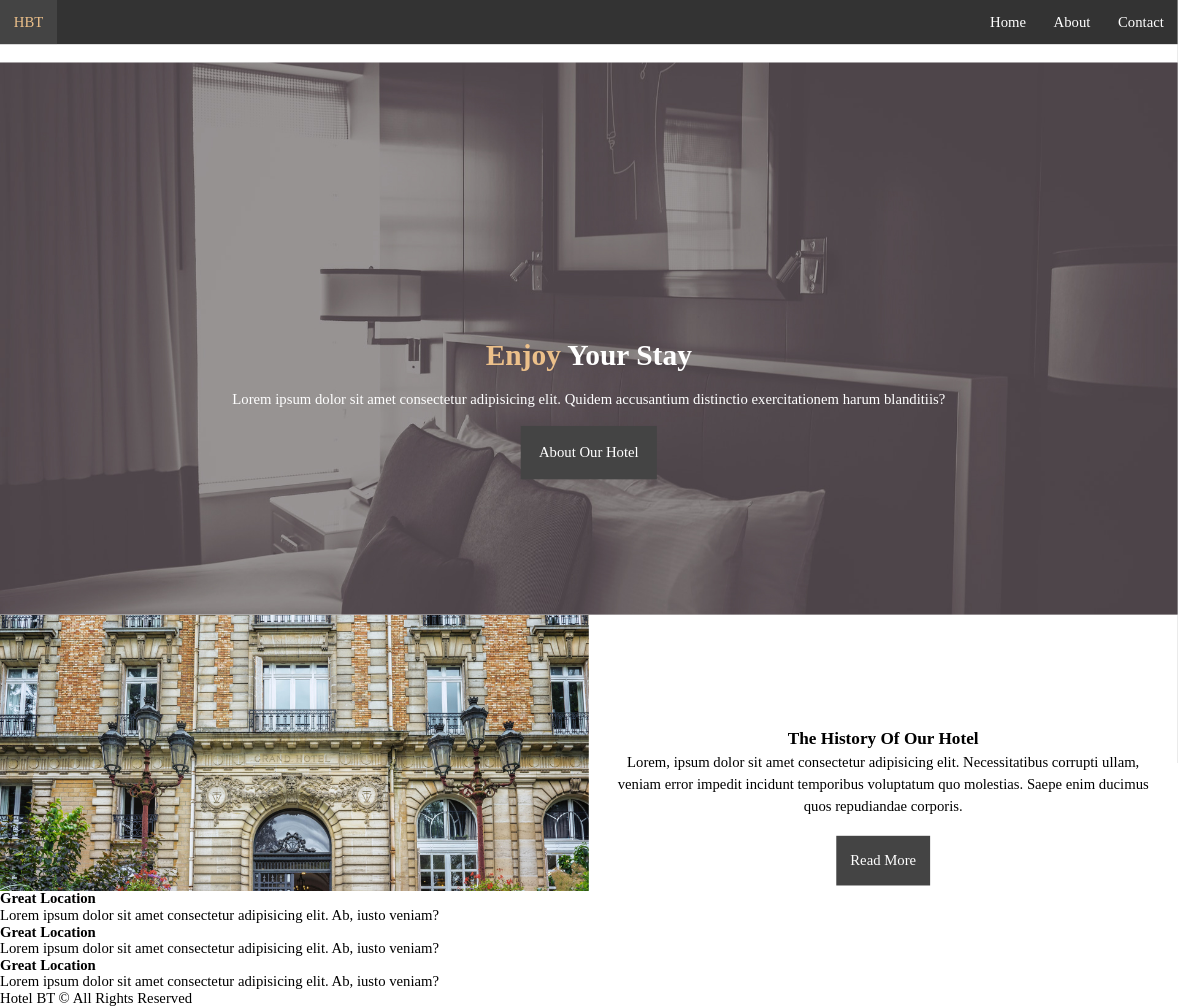
Repository: reemoon-ctrl/hotel-website
Page: 35 - hotel-website/index.html
The author's editor kept a copy of each file at every save. The page is drawn from the files as they stood at one save, then again after a run of saves.
The browser window is 1280 px wide. The pictures show the whole page, at 92% of full size.

Above is the page before, as saved 2024-07-21 12:33:30.

### 35 - hotel-website/index.html
<!DOCTYPE html>
<html lang="en">
<head>
    <meta charset="UTF-8">
    <meta name="viewport" content="width=device-width, initial-scale=1.0">
    <title>Document</title>
    <link rel="stylesheet" href="index.css"/>
</head>
<body>
    <header>
        <ul class="nav-bar">
            <li class="title"><a href="">HBT</a></li>
            <li class="bag-nav"><a href=" ">Contact</a></li>
            <li class="bag-nav"><a href="">About</a></li>
            <li class="bag-nav"><a href="">Home</a></li>
        </ul>

    </header>

    <header class="mainheader" >
        <div class="mainheadertxt">
            <h1><span class="fword">Enjoy</span> Your Stay</h1>
            <p>Lorem ipsum dolor sit amet
                consectetur adipisicing elit.
                Quidem accusantium distinctio
                exercitationem harum blanditiis?
            </p>
            <a href="#" >About Our Hotel</a>
        </div>
    </header>

    <main class="main-content">
        <img class="hotelimg"src="img\photo-1.jpg" alt="hotel-img">
        <div class="hotel-disc">
            <h3>The History Of Our Hotel</h3>
            <p>Lorem, ipsum dolor sit amet consectetur adipisicing elit. Necessitatibus corrupti ullam, veniam error impedit incidunt temporibus voluptatum quo molestias. Saepe enim ducimus quos repudiandae corporis.</p>
            <a href="">Read More</a>
        </div>

    </main>

    <aside class="aside-bar">
        <ul>
            <li><h4>Great Location</h4>
                <p>Lorem ipsum dolor sit amet consectetur adipisicing elit. Ab, iusto veniam?</p>
            </li>
            <li><h4>Great Location</h4>
                <p>Lorem ipsum dolor sit amet consectetur adipisicing elit. Ab, iusto veniam?</p>
            </li>
            <li><h4>Great Location</h4>
                <p>Lorem ipsum dolor sit amet consectetur adipisicing elit. Ab, iusto veniam?</p>
            </li>
        </ul>
    </aside>

    <footer>
        <p>Hotel BT &copy; All Rights Reserved</p>

    </footer>

</body>
</html>

### 35 - hotel-website/index.css
*{
    padding: 0px;
    margin: 0px;
    box-sizing: border-box;

}
.nav-bar{
    list-style:none;
    overflow: auto;
    /* clear:both; */
    background: #333333;
}
.title{
    float: left;
}
.bag-nav{
    float: right;
}
.nav-bar li a{
    text-decoration: none;
    padding: 15px;
    display: inline-block;
    color: #fff;
}
.nav-bar li a:hover{
    background: #444444;
    color:#ecc08a;
}

.mainheader{
     background-image: url("img/showcase.jpg")  ;
   /* background-size:cover;


    height: 600px; */


  background-color: #cccccc;
  height: 600px;
  background-position: center;
  background-repeat: no-repeat;
  background-size: cover;
  position: relative;
}
.mainheadertxt{
    margin: auto;
    top:50%;
    position:relative;
    text-align: center;
    margin-top: 20px;
    color:#fff;
}
.mainheadertxt h3{
    font-size:xx-large;

}

.mainheadertxt p{
    margin:20px;
}
.mainheadertxt a{
    position:relative;
    display: block;
    width: fit-content;
    background: #444444;
    text-decoration:none ;
    color: #fff;
    top:50%;
    margin:auto;


    padding: 20px;
}
.fword{
    color:#ecc08a
}
.main-content{
    width:100%;
    height:300px;
    overflow: auto;

}
.hotelimg{
    width:50%;
    float:left;
}
.hotel-disc{
    width:50%;
    float:right;
    text-align: center;
    margin-top:100px;
    line-height: 1.5;
    padding:20px;
}
.hotel-disc a{
    position:relative;
    display: block;
    width: fit-content;
    background: #444444;
    text-decoration:none ;
    color: #fff;
    padding: 15px;
    margin:auto;
    margin-top: 20px;

}

After the next 2 saves:
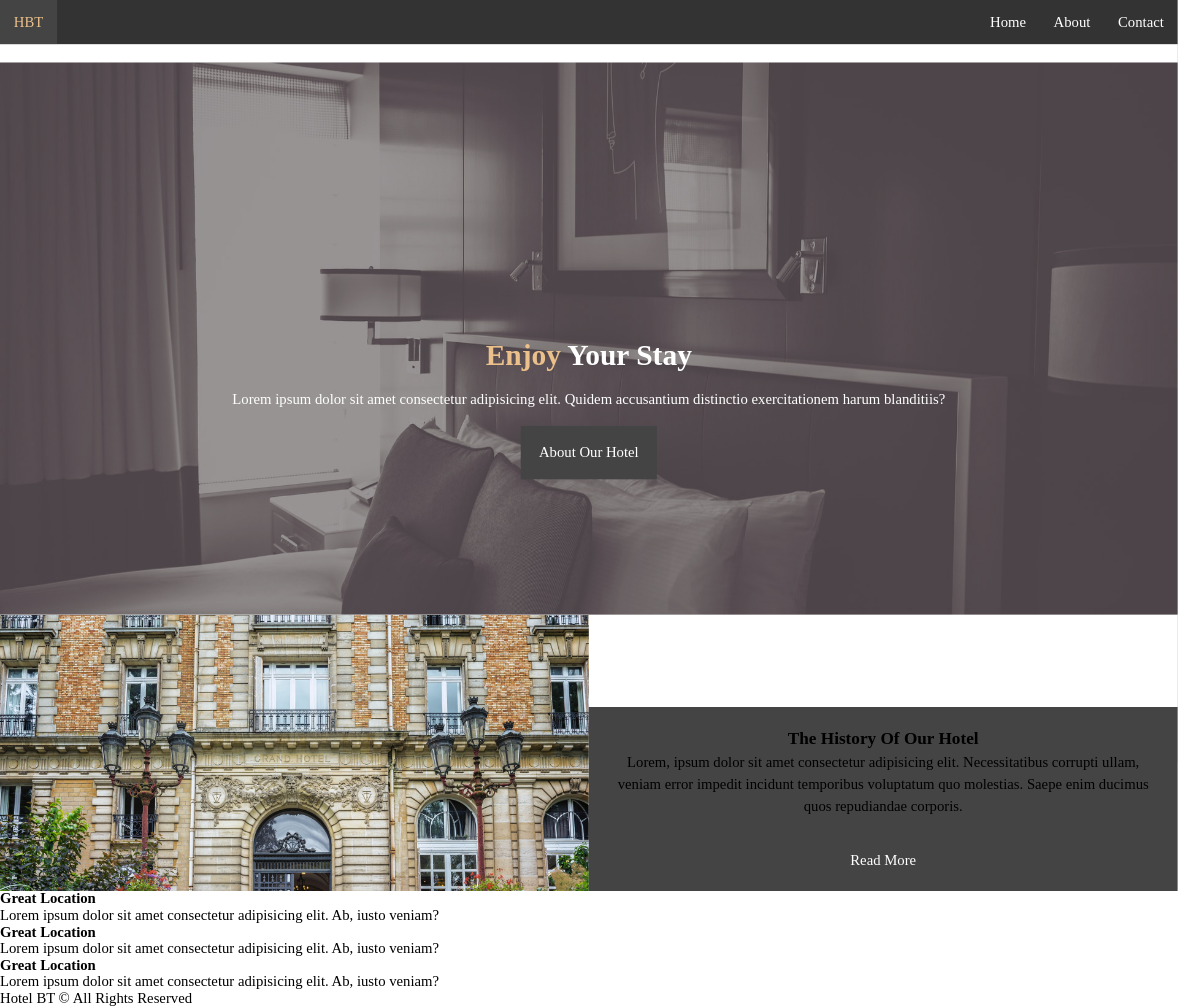
The 2 saves are shown as one change because they came seconds apart.
The last was saved 39 s later.
--- a/35 - hotel-website/index.css
+++ b/35 - hotel-website/index.css
@@ -91,12 +91,13 @@
     margin-top:100px;
     line-height: 1.5;
     padding:20px;
+    background: #444444;
 }
 .hotel-disc a{
     position:relative;
     display: block;
     width: fit-content;
-    background: #444444;
+
     text-decoration:none ;
     color: #fff;
     padding: 15px;

After the save that followed:
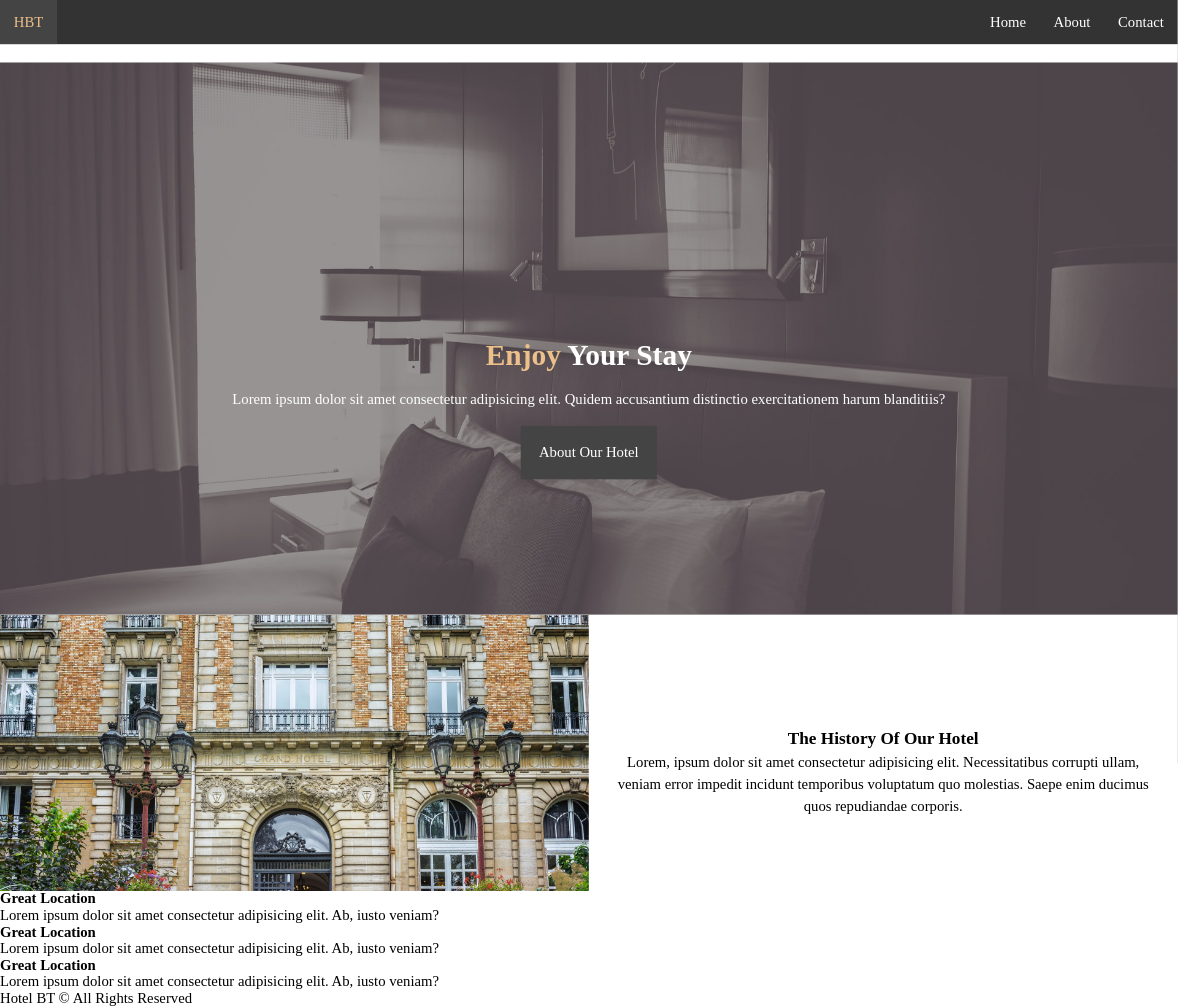
Saved 20 s later.
--- a/35 - hotel-website/index.css
+++ b/35 - hotel-website/index.css
@@ -91,7 +91,7 @@
     margin-top:100px;
     line-height: 1.5;
     padding:20px;
-    background: #444444;
+
 }
 .hotel-disc a{
     position:relative;
